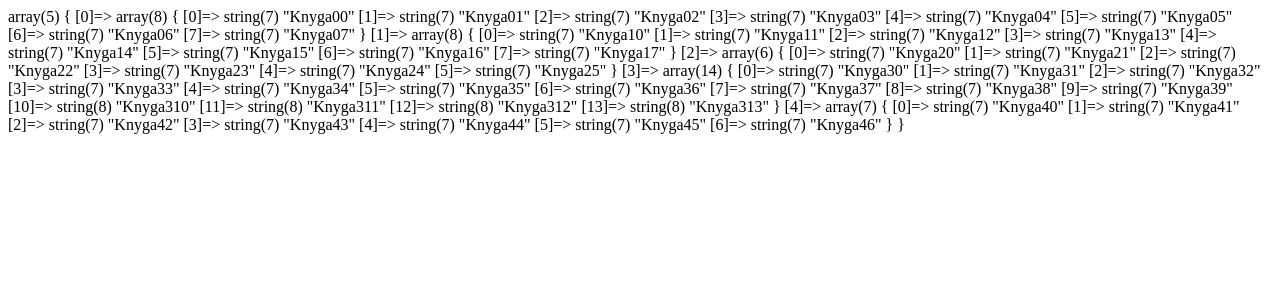
Repository: motiejus1/18-paskaita-PHP-05.31
Page: http://localhost/testavimas/dvimatismasyvas.php
The author's editor kept a copy of each file at every save. The page is drawn from the files as they stood at one save, then again after a run of saves.
The browser window is 1280 px wide. The pictures show the whole page.
The page is run by PHP 8.4 with error messages shown; the project is at /var/www/html/.

Above is the page before, as saved 2021-09-20 18:26:04.

### testavimas/dvimatismasyvas.php
<?php
// . Sukurti dvimatį masyvą, kuriame būtų informacija apie knygos kategoriją, bei knygos priklausančios kategorijai.
// Masyvo struktūrą sugalvoti patiems. Testavimui sukurti bent 5 kategorijas, kurios turi nuo 5 iki 15 knygų.



//

$knygos = [];

//uz kategorijas
for($i=0; $i < 5; $i++) {

    // $kategorija = "Kategorija".$i;
    $kategorija = [];
    //atsakingas uz knygas
    $atsitiktinis = rand(5,15); //6
    for($j=0;$j < $atsitiktinis; $j++) {
        $kategorija[$j] = "Knyga".$i.$j;
    }

    $knygos[$i] = $kategorija;

}

var_dump($knygos);


?>

After the next 2 saves:
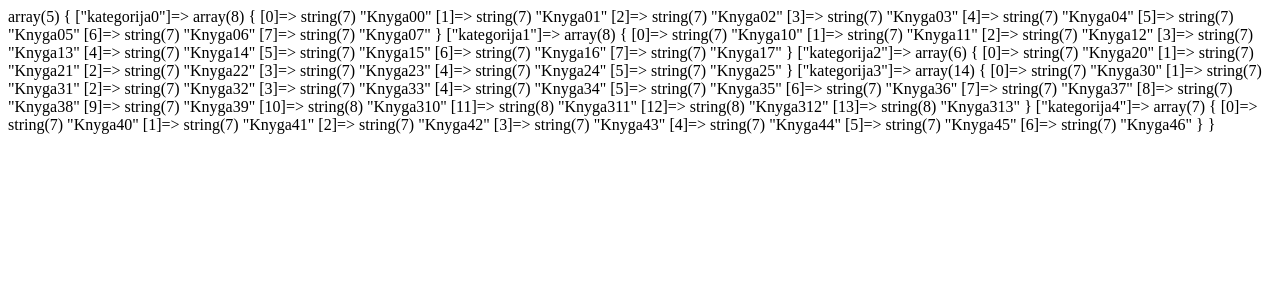
The 2 saves are shown as one change because they came seconds apart.
The last was saved 8 s later.
--- a/testavimas/dvimatismasyvas.php
+++ b/testavimas/dvimatismasyvas.php
@@ -19,7 +19,7 @@ for($i=0; $i < 5; $i++) {
         $kategorija[$j] = "Knyga".$i.$j;
     }
 
-    $knygos[$i] = $kategorija;
+    $knygos["kategorija".$i] = $kategorija;
 
 }
 
